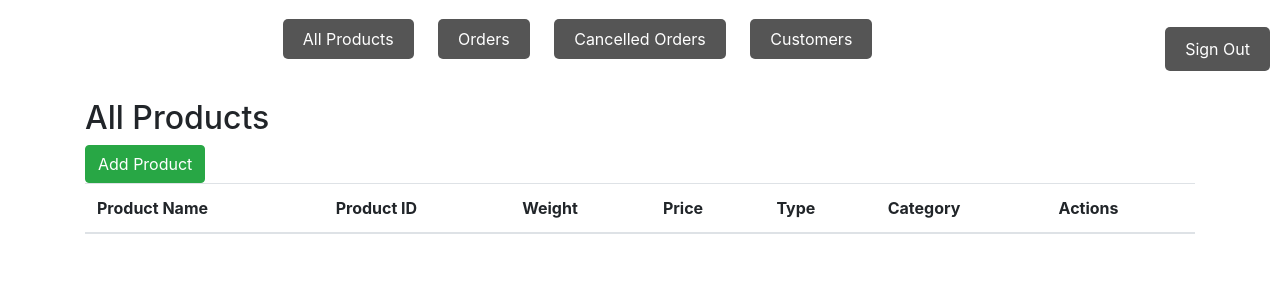
Repository: navaneethaenjam/flask-shop-ease
Page: http://localhost/all_products
The author's editor kept a copy of each file at every save. The page is drawn from the files as they stood at one save, then again after a run of saves.
The browser window is 1280 px wide. The pictures show the whole page.
The page is served by the project's application, run on Flask 3 (app.py). Queries for data that is not in the repository find no rows.

Above is the page before, as saved 2024-05-02 08:23:45.

After the next 2 saves:
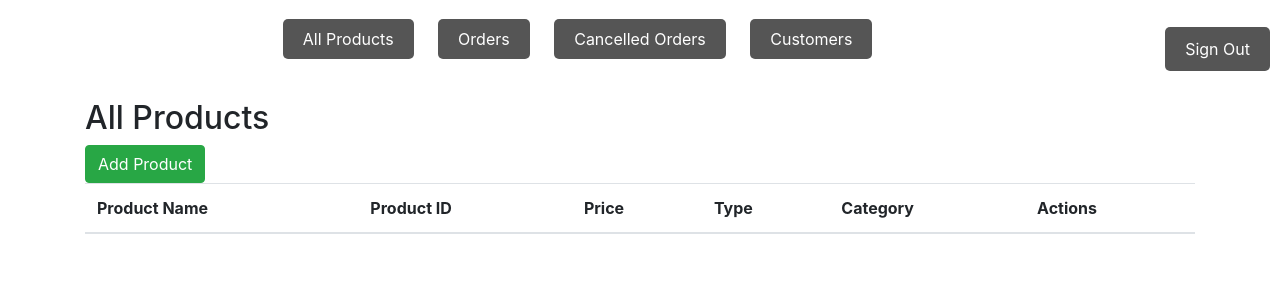
The 2 saves are shown as one change because they came seconds apart.
The last was saved 15 s later.
--- a/templates/all_products.html
+++ b/templates/all_products.html
@@ -63,7 +63,7 @@
                 <tr>
                     <th>Product Name</th>
                     <th>Product ID</th>
-                    <th>Weight</th>
+                    <!--<th>Weight</th>-->
                     <th>Price</th>
                     <th>Type</th>
                     <th>Category</th>

After the 3 saves that followed:
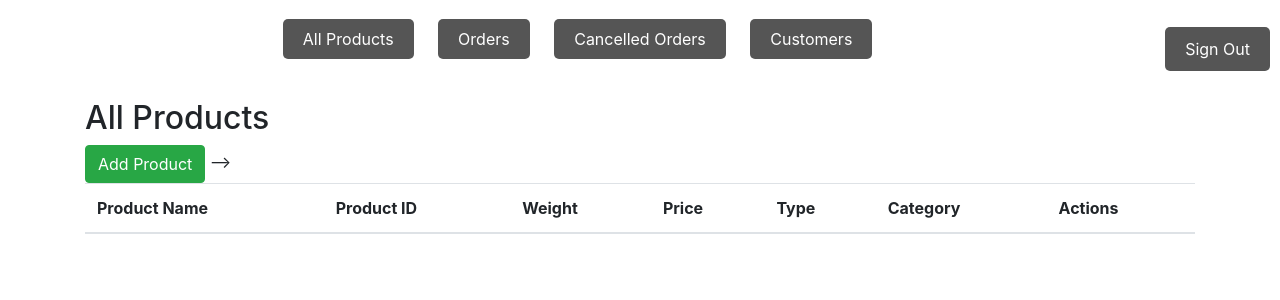
The 3 saves are shown as one change because 2 left the picture as it was.
The last was saved 38 s later.
--- a/templates/all_products.html
+++ b/templates/all_products.html
@@ -63,7 +63,7 @@
                 <tr>
                     <th>Product Name</th>
                     <th>Product ID</th>
-                    <!--<th>Weight</th>-->
+                    <th>Weight</th>-->
                     <th>Price</th>
                     <th>Type</th>
                     <th>Category</th>
